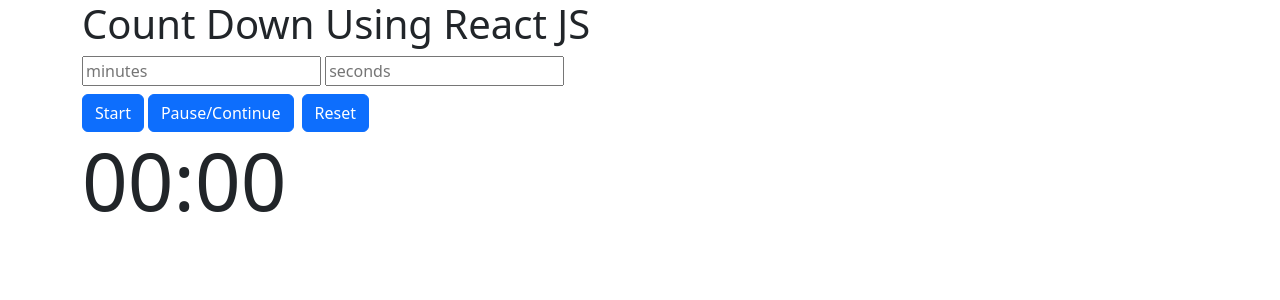
Repository: maheshdama13/reactjs-count-down
Page: /
The author's editor kept a copy of each file at every save. The page is drawn from the files as they stood at one save, then again after the next save.
The browser window is 1280 px wide. The pictures show the whole page.
The project was rebuilt for these pictures with package versions that can differ from the ones it lists, and the page was loaded fresh each time. Also part of the build but not shown: src/App.css.

Above is the page before, as saved 2022-07-01 02:21:45.

After the next save:
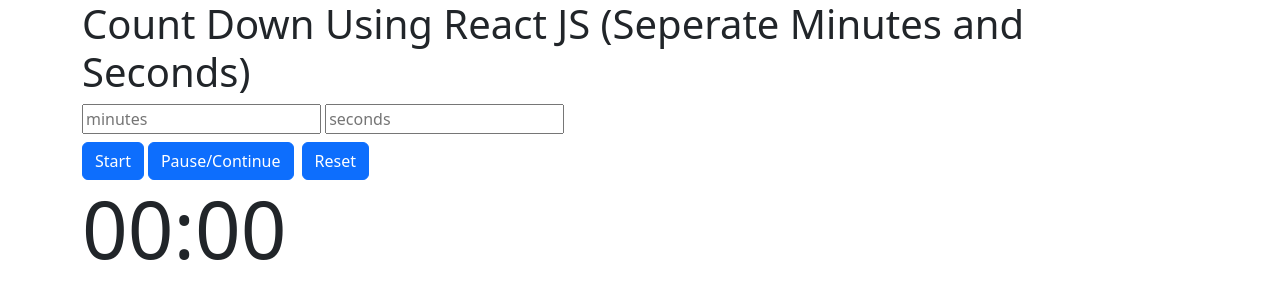
Saved 38 s later.
--- a/src/components/CountDown.js
+++ b/src/components/CountDown.js
@@ -56,7 +56,7 @@
 
   return (
     <div className='container'>
-    <h1>Count Down Using React JS</h1>
+    <h1>Count Down Using React JS (Seperate Minutes and Seconds)</h1>
       <form ref={formData}>
         <div class="d-flex">
           <input className=' d-inline' name='minutes' type="number" placeholder='minutes' />&nbsp;
